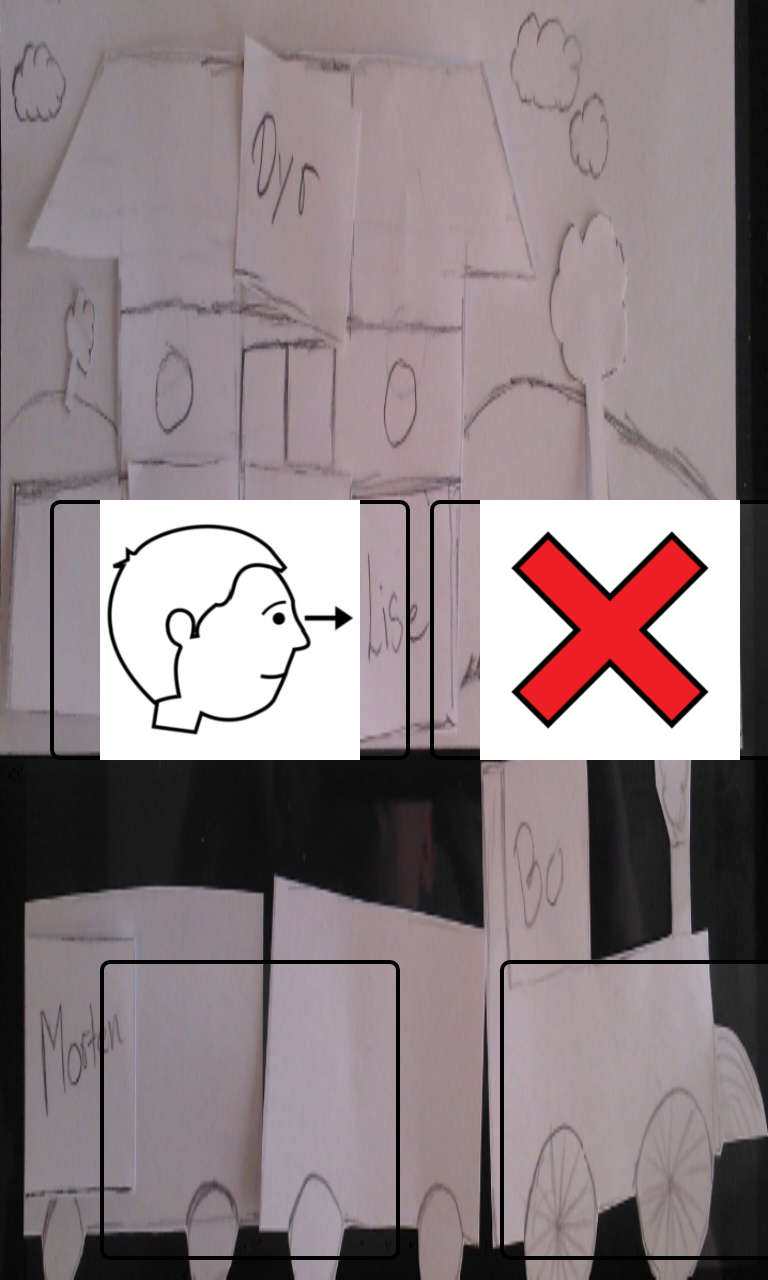
Repository: figa12/sw606f13
Layout: Source/backgroundTest/backgroundTest/res/layout/activity_main.xml
An editor plug-in stored every save of this project. The layout is shown before and after the next save, followed by the edit.
It is drawn on a 768 x 1280 px phone screen (xhdpi) without system bars, with theme AppTheme; the app's code is not run.

Above is the layout before, as saved 2013-02-28 11:32:13.

### Source/backgroundTest/backgroundTest/res/layout/activity_main.xml
<?xml version="1.0" encoding="utf-8"?>
<AbsoluteLayout xmlns:android="http://schemas.android.com/apk/res/android"
    android:layout_width="match_parent"
    android:layout_height="match_parent"
    android:orientation="vertical"
    android:background="@drawable/pic" >

    <LinearLayout
        android:id="@+id/topleft"
        android:layout_width="180dp"
        android:layout_height="130dp"
        android:layout_x="25dp"
        android:layout_y="250dp"
        android:background="@drawable/shape"
        android:tag="1">

        <ImageView
            android:id="@+id/myimage1"
            android:layout_width="wrap_content"
            android:layout_height="wrap_content"
            android:src="@drawable/se" />

    </LinearLayout>

    <LinearLayout
        android:id="@+id/LinearLayout02"
        android:layout_width="180dp"
        android:layout_height="130dp"
        android:layout_x="215dp"
        android:layout_y="250dp"
        android:background="@drawable/shape"
        android:tag="2" >


        <ImageView
            android:id="@+id/myimage2"
            android:layout_width="wrap_content"
            android:layout_height="wrap_content"
            android:src="@drawable/nej" />

    </LinearLayout>

    <LinearLayout
        android:id="@+id/LinearLayout04"
        android:layout_width="180dp"
        android:layout_height="130dp"
        android:layout_x="405dp"
        android:layout_y="250dp"
        android:background="@drawable/shape"
        android:tag="3" >

        <ImageView
            android:id="@+id/myimage3"
            android:layout_width="wrap_content"
            android:layout_height="wrap_content"
            android:src="@drawable/mig" />
    </LinearLayout>

    <LinearLayout
        android:id="@+id/LinearLayout05"
        android:layout_width="150dp"
        android:layout_height="150dp"
        android:layout_x="595dp"
        android:layout_y="250dp"
        android:background="@drawable/shape"
        android:tag="4" >

        <ImageView
            android:id="@+id/myimage4"
            android:layout_width="wrap_content"
            android:layout_height="wrap_content"
            android:src="@drawable/bade" />
    </LinearLayout>

    <LinearLayout
        android:id="@+id/LinearLayout06"
        android:layout_width="150dp"
        android:layout_height="150dp"
        android:layout_x="400dp"
        android:layout_y="30dp"
        android:background="@drawable/shape" >

    <ImageView
            android:id="@+id/myimage5"
            android:layout_width="wrap_content"
            android:layout_height="wrap_content" />

    </LinearLayout>

    <LinearLayout
        android:id="@+id/topright"
        android:layout_width="150dp"
        android:layout_height="150dp"
        android:layout_x="250dp"
        android:layout_y="480dp"
        android:background="@drawable/shape">

    <ImageView
            android:id="@+id/myimage6"
            android:layout_width="wrap_content"
            android:layout_height="wrap_content" />

    </LinearLayout>

    <LinearLayout
        android:id="@+id/LinearLayout07"
        android:layout_width="150dp"
        android:layout_height="150dp"
        android:layout_x="810dp"
        android:layout_y="400dp"
        android:background="@drawable/shape" >

                <ImageView
            android:id="@+id/myimage7"
            android:layout_width="wrap_content"
            android:layout_height="wrap_content" />


    </LinearLayout>

    <LinearLayout
        android:id="@+id/LinearLayout01"
        android:layout_width="150dp"
        android:layout_height="150dp"
        android:layout_x="450dp"
        android:layout_y="480dp"
        android:background="@drawable/shape" >

                <ImageView
            android:id="@+id/myimage8"
            android:layout_width="wrap_content"
            android:layout_height="wrap_content"  />
    </LinearLayout>

    <LinearLayout
        android:id="@+id/bottomleft"
        android:layout_width="150dp"
        android:layout_height="150dp"
        android:layout_x="630dp"
        android:layout_y="480dp"
        android:background="@drawable/shape" >

     <ImageView
            android:id="@+id/myimage9"
            android:layout_width="wrap_content"
            android:layout_height="wrap_content" />

    </LinearLayout>

    <LinearLayout
        android:id="@+id/bottomright"
        android:layout_width="150dp"
        android:layout_height="150dp"
        android:layout_x="50dp"
        android:layout_y="480dp"
        android:background="@drawable/shape" >

        <ImageView
            android:id="@+id/myimage10"
            android:layout_width="match_parent"
            android:layout_height="match_parent" />

    </LinearLayout>

</AbsoluteLayout>

### Source/backgroundTest/backgroundTest/res/drawable/shape.xml
<?xml version="1.0" encoding="UTF-8"?>
<shape xmlns:android="http://schemas.android.com/apk/res/android"
    android:shape="rectangle" >

    <stroke
        android:width="2dp"
        android:color="#FF000000" />

    <gradient
        android:angle="225"
        android:startColor="#1Af8f8ff" />

    <corners
        android:bottomLeftRadius="4dp"
        android:bottomRightRadius="4dp"
        android:topLeftRadius="4dp"
        android:topRightRadius="4dp" />

</shape>

Loaded but not shown: Source/backgroundTest/backgroundTest/res/values/styles.xml (common file); Source/backgroundTest/backgroundTest/res/values-v11/styles.xml (common file); Source/backgroundTest/backgroundTest/res/values-v14/styles.xml (common file)

After the next save:
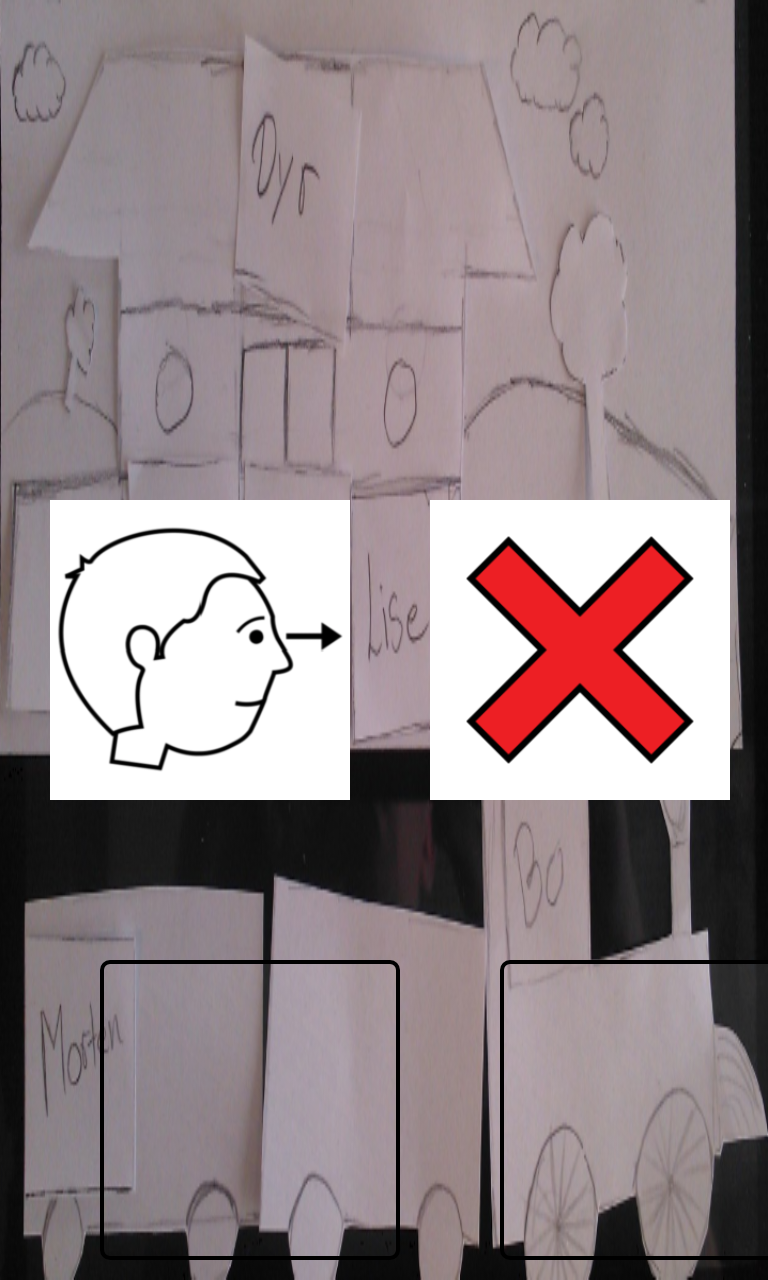
Saved 18 s later.
--- a/Source/backgroundTest/backgroundTest/res/layout/activity_main.xml
+++ b/Source/backgroundTest/backgroundTest/res/layout/activity_main.xml
@@ -7,8 +7,8 @@
 
     <LinearLayout
         android:id="@+id/topleft"
-        android:layout_width="180dp"
-        android:layout_height="130dp"
+        android:layout_width="150dp"
+        android:layout_height="150dp"
         android:layout_x="25dp"
         android:layout_y="250dp"
         android:background="@drawable/shape"
@@ -24,8 +24,8 @@
 
     <LinearLayout
         android:id="@+id/LinearLayout02"
-        android:layout_width="180dp"
-        android:layout_height="130dp"
+        android:layout_width="150dp"
+        android:layout_height="150dp"
         android:layout_x="215dp"
         android:layout_y="250dp"
         android:background="@drawable/shape"
@@ -42,8 +42,8 @@
 
     <LinearLayout
         android:id="@+id/LinearLayout04"
-        android:layout_width="180dp"
-        android:layout_height="130dp"
+        android:layout_width="150dp"
+        android:layout_height="150dp"
         android:layout_x="405dp"
         android:layout_y="250dp"
         android:background="@drawable/shape"
